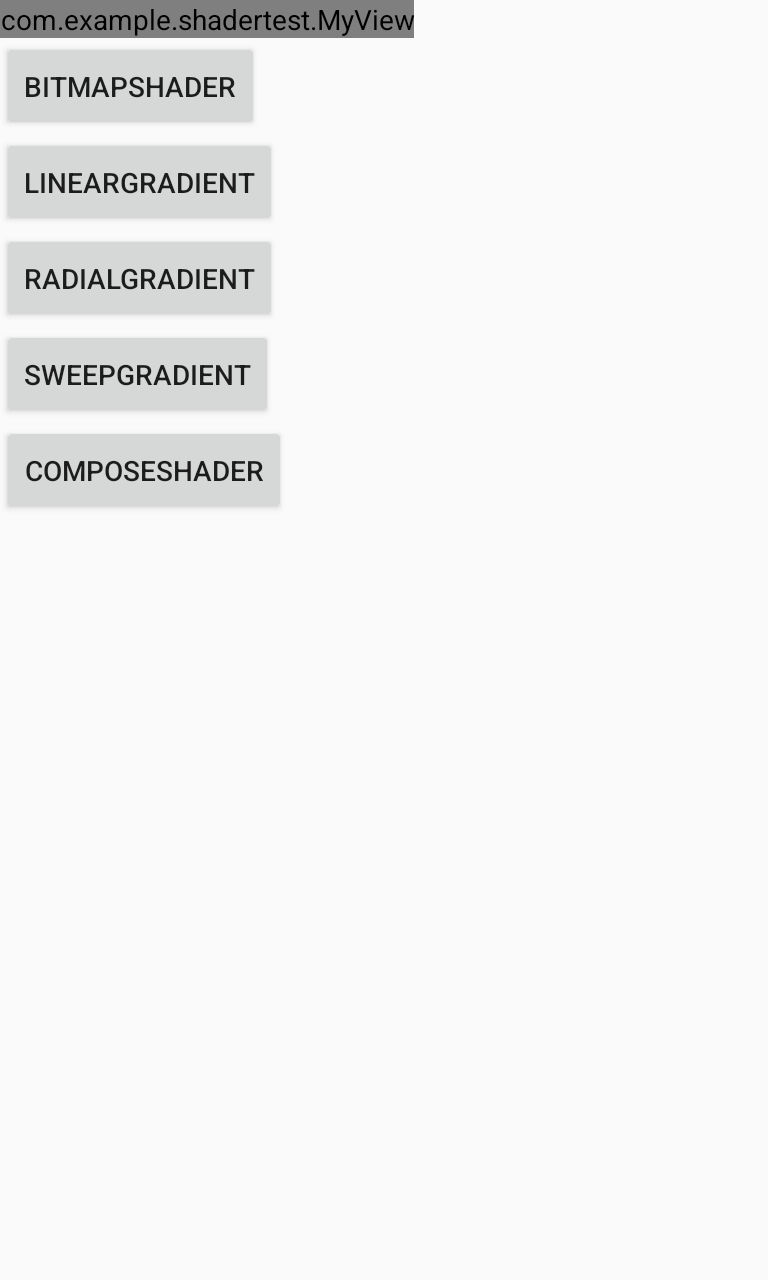
Repository: 18810012802/creazyAndroid
Layout: workspace3/ShaderTest/res/layout/activity_main.xml
The author's editor kept a copy of each file at every save. The layout is drawn from the files as they stood at one save, then again after the next save.
Pictures or frames that could not be fetched are drawn as grey boxes. It is drawn on a 768 x 1280 px phone screen (xhdpi) without system bars, with theme AppTheme; the app's code is not run.

Above is the layout before, as saved 2016-05-09 16:13:43.

After the next save:
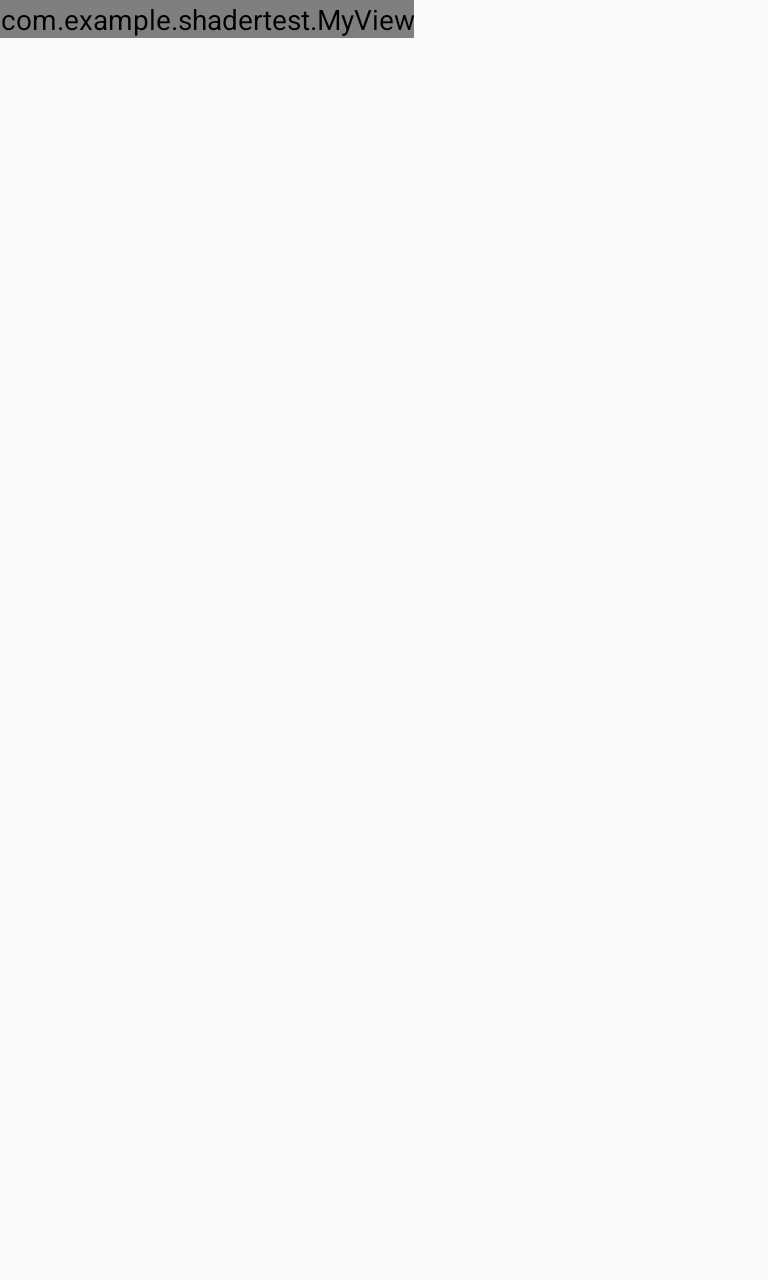
Saved 23 s later.
--- a/workspace3/ShaderTest/res/layout/activity_main.xml
+++ b/workspace3/ShaderTest/res/layout/activity_main.xml
@@ -8,7 +8,7 @@
         android:layout_height="wrap_content"
         android:id="@+id/my_view" />
 
-	<Button
+<!-- 	<Button
 	    android:layout_width="wrap_content"
         android:layout_height="wrap_content"
         android:text="BitMapShader"
@@ -32,6 +32,6 @@
 	    android:layout_width="wrap_content"
         android:layout_height="wrap_content"
         android:text="ComposeShader"
-        android:id="@+id/bn5" />
+        android:id="@+id/bn5" /> -->
 
 </LinearLayout>

After the save that followed:
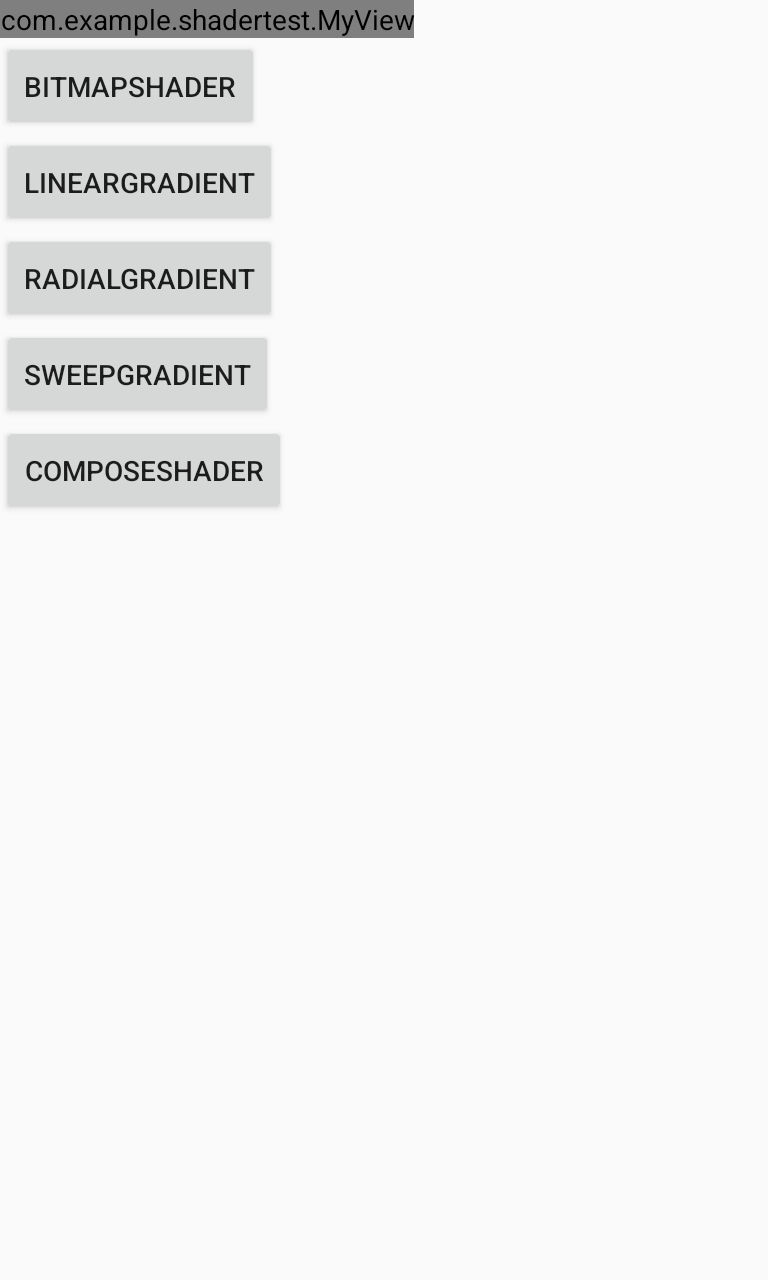
Saved 19 s later.
--- a/workspace3/ShaderTest/res/layout/activity_main.xml
+++ b/workspace3/ShaderTest/res/layout/activity_main.xml
@@ -8,7 +8,7 @@
         android:layout_height="wrap_content"
         android:id="@+id/my_view" />
 
-<!-- 	<Button
+	<Button
 	    android:layout_width="wrap_content"
         android:layout_height="wrap_content"
         android:text="BitMapShader"
@@ -32,6 +32,6 @@
 	    android:layout_width="wrap_content"
         android:layout_height="wrap_content"
         android:text="ComposeShader"
-        android:id="@+id/bn5" /> -->
+        android:id="@+id/bn5" />
 
 </LinearLayout>
